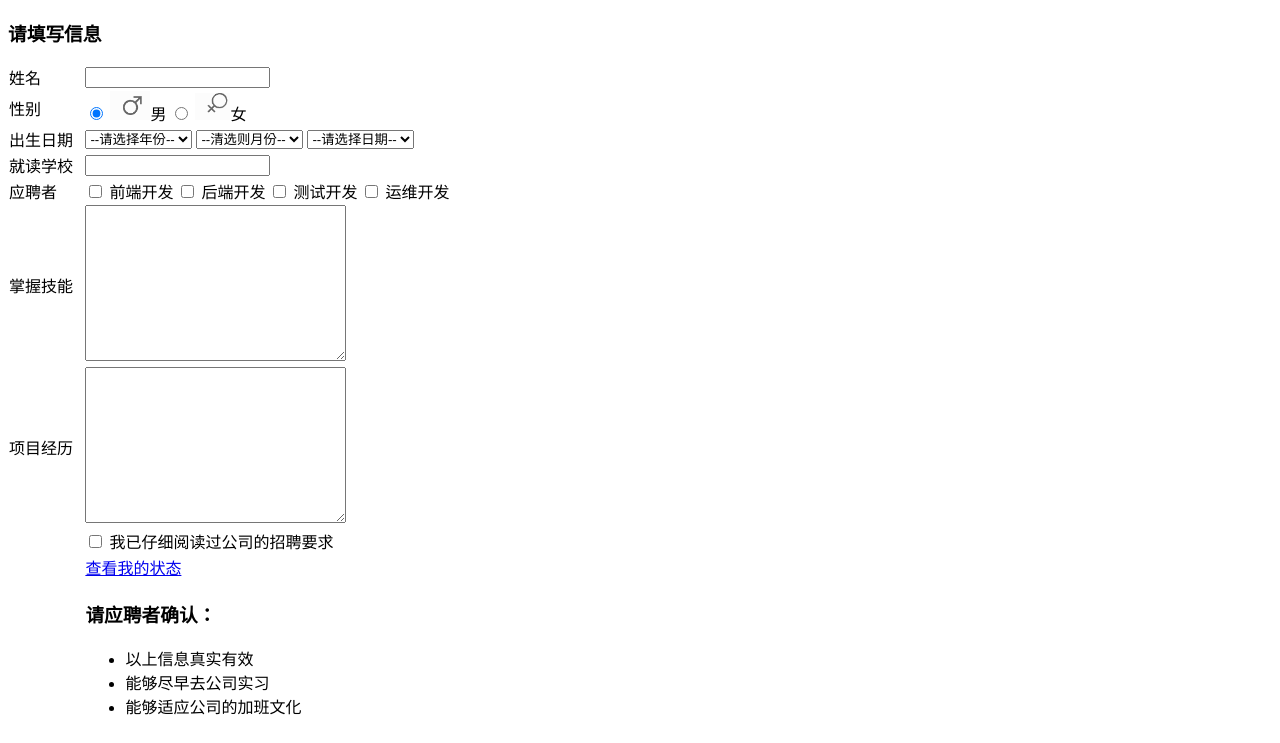
Repository: ls02/VSCode
Page: Java/2022/6-21-1/Test2.html
These files come from the project's save history. The page is drawn as it stood at one moment and after the next save; the edit follows.
The browser window is 1280 px wide. The pictures show the whole page.

Above is the page before, as saved 2022-06-21 15:38:07.

After the next save:
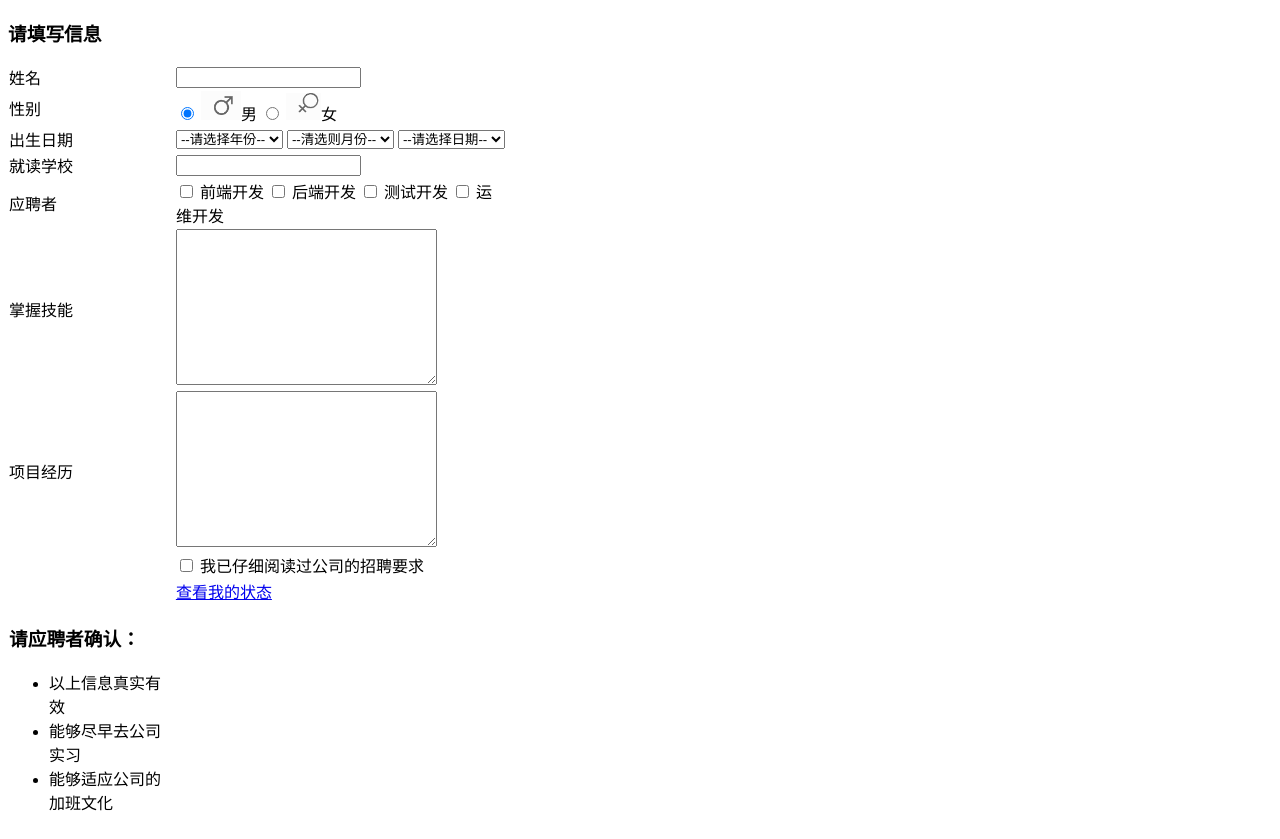
Saved 7 s later.
--- a/Java/2022/6-21-1/Test2.html
+++ b/Java/2022/6-21-1/Test2.html
@@ -161,7 +161,7 @@
                 </td>
             </tr>
             <tr>
-                <td></td>
+                <!-- <td></td> -->
                 <td>
                     <h3>请应聘者确认：</h3>
                     <ul>

After the save that followed:
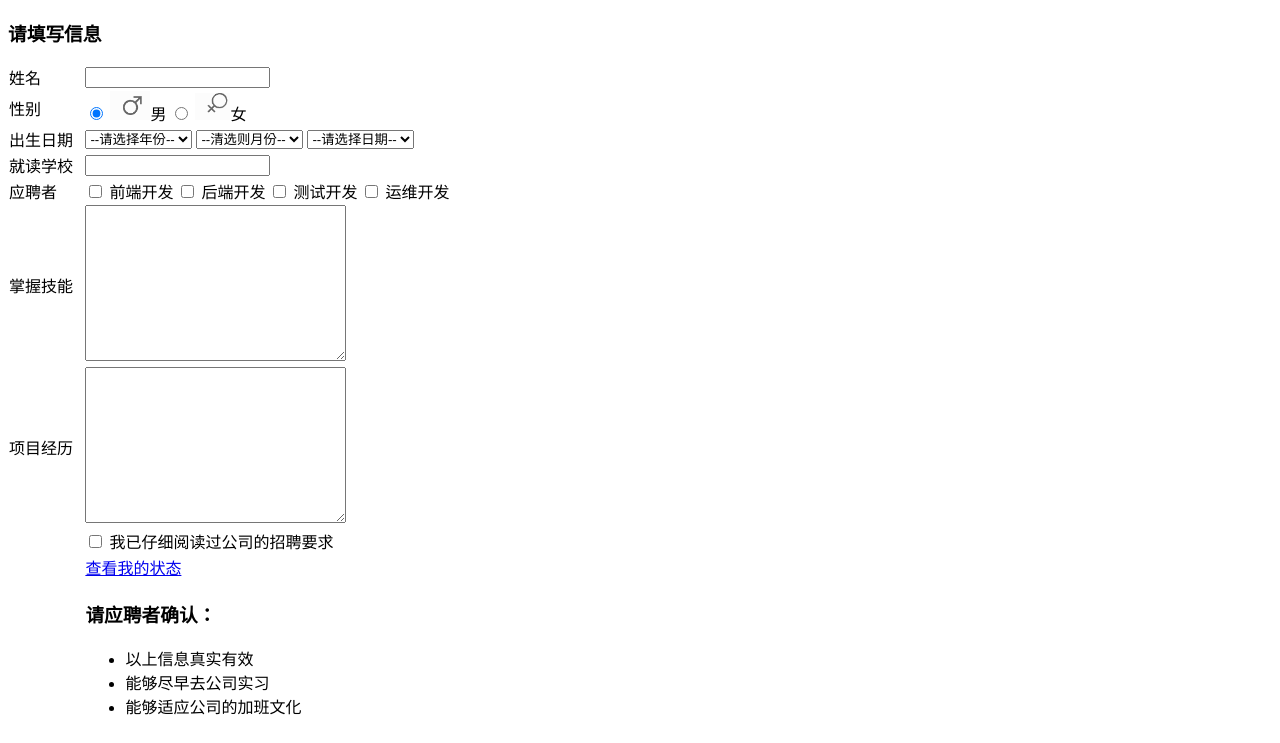
Saved 5 s later.
--- a/Java/2022/6-21-1/Test2.html
+++ b/Java/2022/6-21-1/Test2.html
@@ -161,7 +161,7 @@
                 </td>
             </tr>
             <tr>
-                <!-- <td></td> -->
+                <td></td>
                 <td>
                     <h3>请应聘者确认：</h3>
                     <ul>
